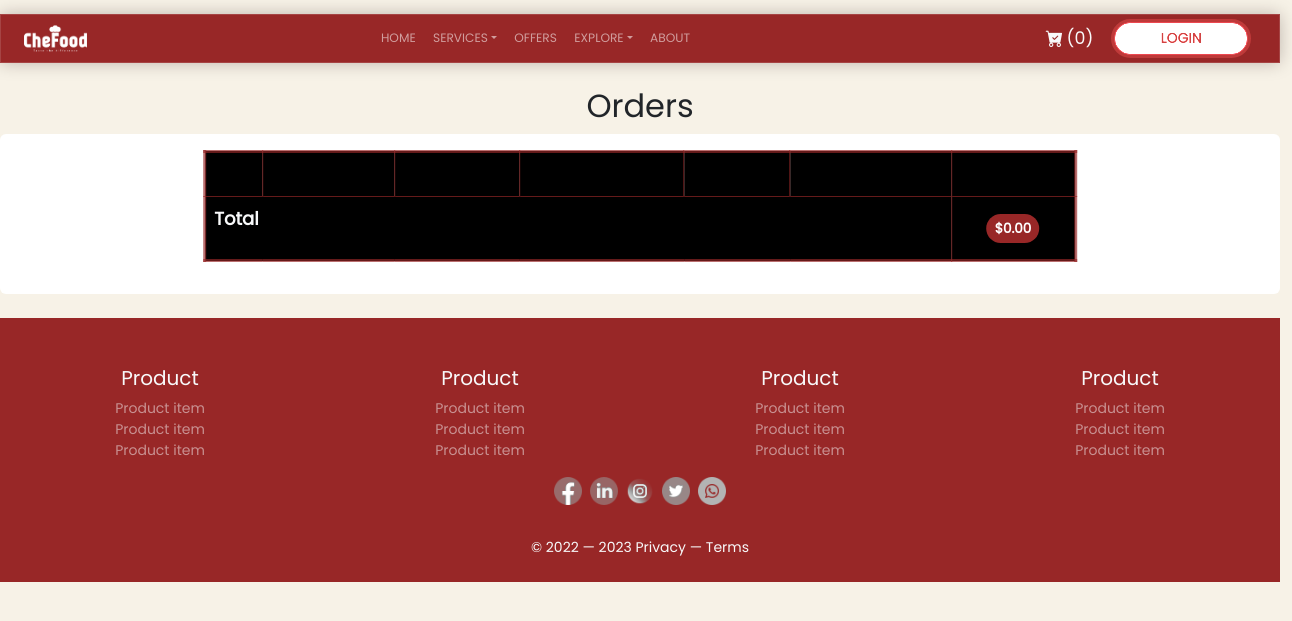
Repository: qamchamine/chefood
Page: /cart (app in front-end/)
These files come from the project's save history. The page is drawn as it stood at one moment and after a run of saves; the edit follows.
The browser window is 1280 px wide. The page is 1292 px wide, so the pictures cover 1292 px, including what lies to the right of the window. The pictures show the whole page.
The project was rebuilt for these pictures with package versions that can differ from the ones it lists, and the page was loaded fresh each time. Some packages were replaced by stand-ins written for this rebuild. Also part of the build but not shown: front-end/src/css/products.css, front-end/src/components/small_components/ProductCard.jsx, front-end/src/components/small_components/AddProduct.jsx, front-end/src/components/pages/sub-pages/Products.jsx, front-end/src/components/small_components/ButtonMain.jsx, front-end/src/components/small_components/HomeCard.jsx, front-end/src/components/small_components/HomeCardFullSection.jsx, front-end/src/components/pages/Home.jsx and 34 more. Imported but missing from the stored project, and not drawn on this page: front-end/src/sounds/applause.mp3, front-end/src/sounds/wheel.mp3.

Above is the page before, as saved 2023-06-25 20:24:47.

After the next 2 saves:
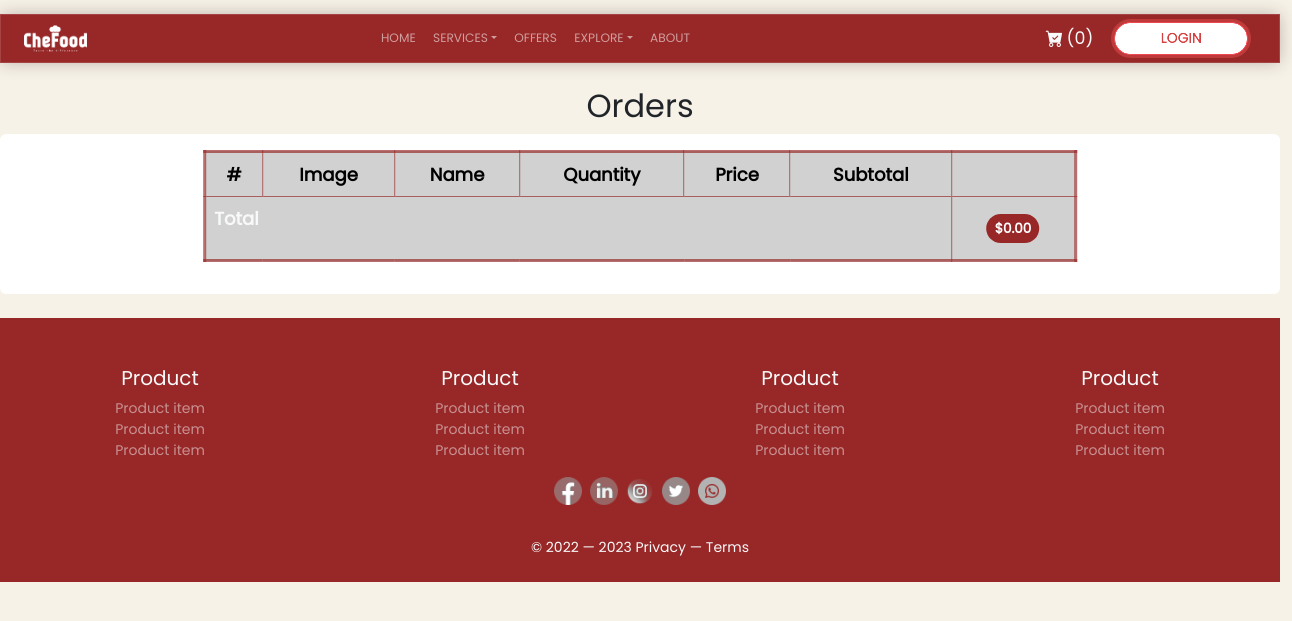
The 2 saves are shown as one change because they came seconds apart.
The last was saved 35 s later.
--- a/front-end/src/css/cart.css
+++ b/front-end/src/css/cart.css
@@ -6,7 +6,7 @@
 .ajouterPanierTable th{
     width: fit-content !important;
     text-align: center;
-    background: black !important;
+    background: rgba(0, 0, 0, 0.18) !important;
 }
 .ajouterPanierTable {
 width: 70% !important;
